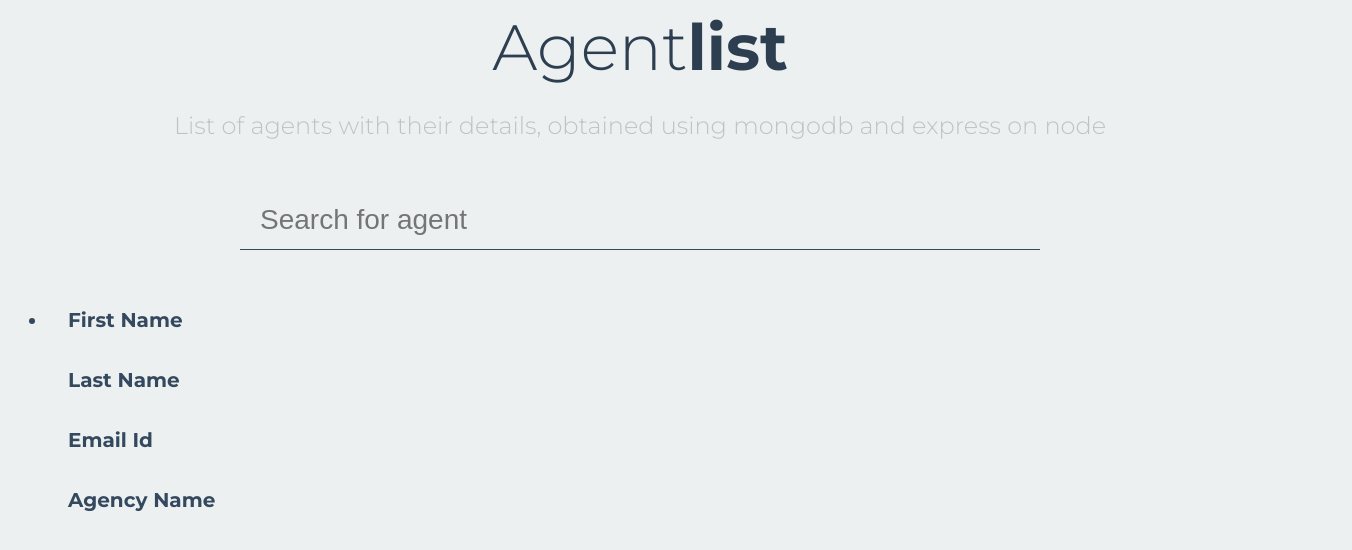
Repository: Anoofs/JsonListView
Page: http://localhost/
The author's editor kept a record of every edit. The page is drawn from the files as they stood at one moment, then again after the next edit.
The browser window is 1280 px wide. The page is 1352 px wide, so the pictures cover 1352 px, including what lies to the right of the window. The pictures show the whole page.
The page is served by the project's Node server (json_table/index.js). Queries for data that is not in the repository find no rows.

Above is the page before.

After the next edit:
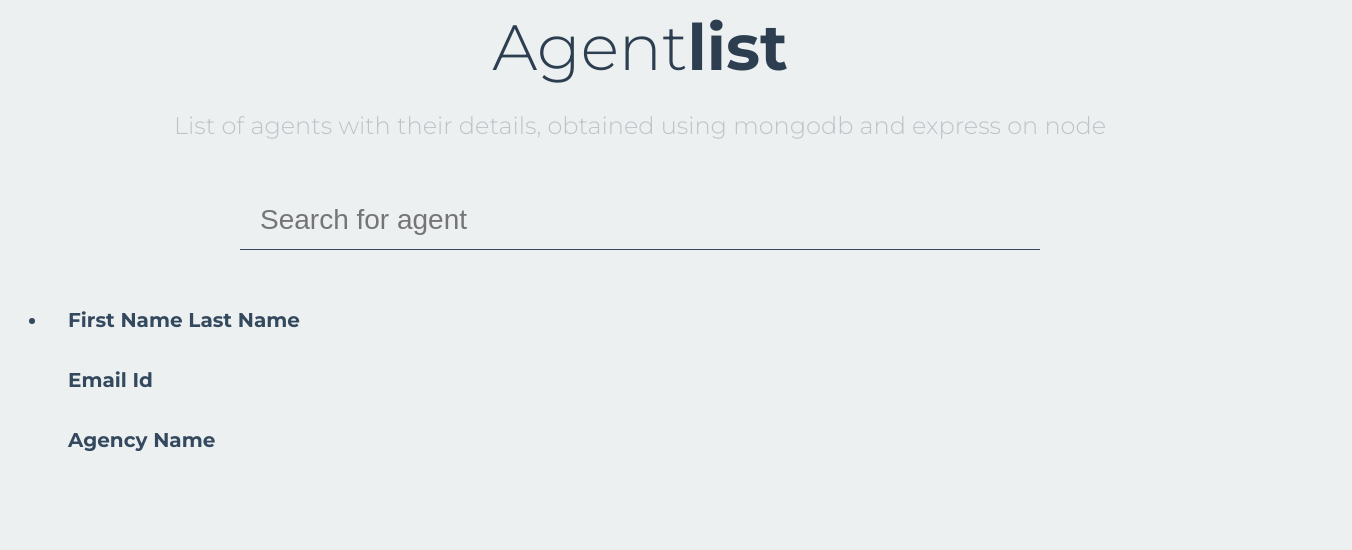
The edit:
--- a/environment/json_table/views/index.html
+++ b/environment/json_table/views/index.html
@@ -19,8 +19,8 @@
         <li class="headRow">
             <th class="firstName">
                 First Name
-            </div>
-            <div class="lastName">
+            </th>
+            <th class="lastName">
                 Last Name
             </div>
             <div class="email">
